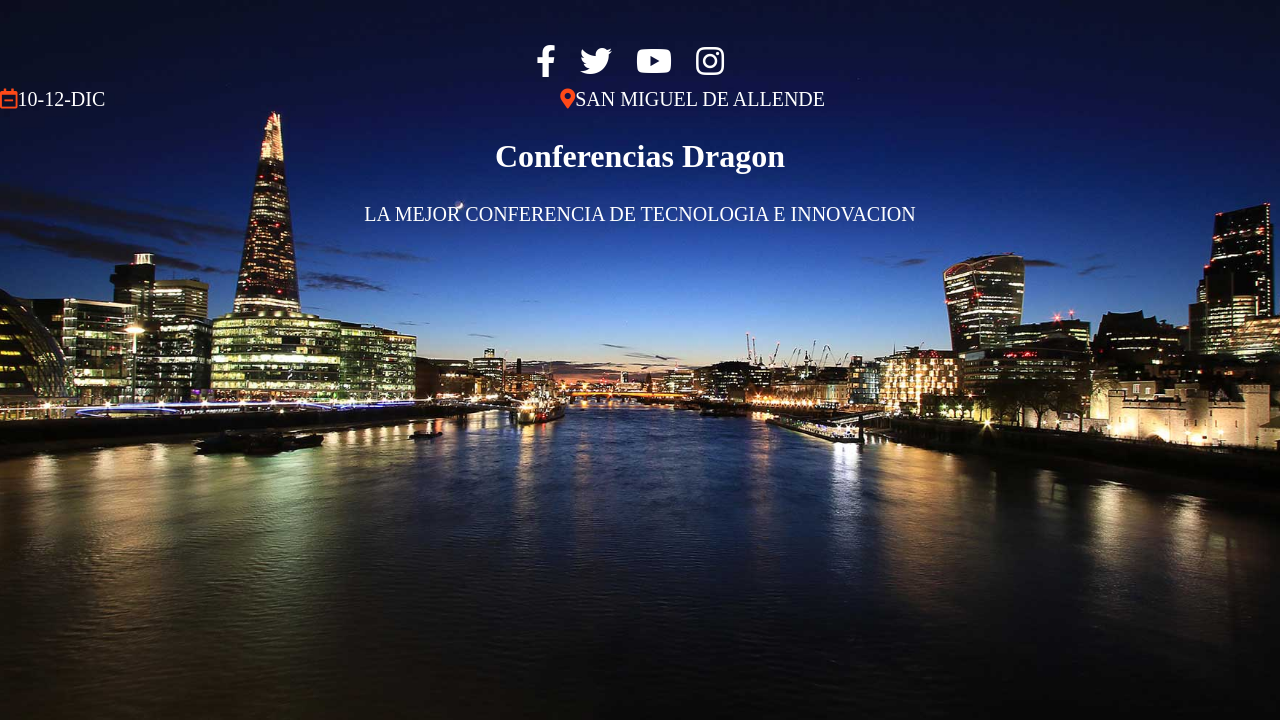
Repository: edgarhdzp/pagina-conferencias-reservaciones
Page: index.html
An editor plug-in stored every save of this project. The page is shown before and after a run of saves, followed by the edit.
The browser window is 1280 px wide. The pictures show the whole page.

Above is the page before, as saved 2020-06-16 20:54:23.

### index.html
<!doctype html>
<html class="no-js" lang="">

<head>
    <meta charset="utf-8">
    <title>CONFERENCIAS</title>
    <meta name="description" content="">
    <meta name="viewport" content="width=device-width, initial-scale=1">

    <meta property="og:title" content="">
    <meta property="og:type" content="">
    <meta property="og:url" content="">
    <meta property="og:image" content="">

    <link rel="manifest" href="site.webmanifest">
    <link rel="apple-touch-icon" href="icon.png">
    <!-- Place favicon.ico in the root directory -->

    <link rel="stylesheet" href="css/normalize.css">
    <link rel="stylesheet" href="css/fontawesome.min.css">
    <link rel="stylesheet" href="css/all.min.css">
    <link rel="stylesheet" href="css/main.css">

    <meta name="theme-color" content="#fafafa">
</head>

<body>


    <header class="site-header">
        <div class="hero">
            <div class="contenido-header">
                <nav class="redes-sociales">
                    <a href="·"><i class="fab fa-facebook-f"></i></a>
                    <a href="·"><i class="fab fa-twitter"></i></a>
                    <a href="·"><i class="fab fa-youtube"></i></a>
                    <a href="·"><i class="fab fa-instagram"></i></a>
                </nav>
                <div class="informacion-evento">
                    <div class="clearfix">
                        <p class="fecha"><i class="far fa-calendar-minus"></i>10-12-Dic</p>
                        <p class="ciudad"><i class="fas fa-map-marker-alt"></i>San Miguel de Allende</p>
                    </div>
                    <h1 class="nombre-sitio">Conferencias Dragon</h1>
                    <p class="slogan">La mejor conferencia de <span>Tecnologia e Innovacion</span></p>
                </div>
            </div>
        </div>
    </header>

    <script src="js/vendor/modernizr-3.11.2.min.js"></script>
    <script src="js/plugins.js"></script>
    <script src="js/main.js"></script>

    <!-- Google Analytics: change UA-XXXXX-Y to be your site's ID. -->
    <script>
        window.ga = function() {
            ga.q.push(arguments)
        };
        ga.q = [];
        ga.l = +new Date;
        ga('create', 'UA-XXXXX-Y', 'auto');
        ga('set', 'anonymizeIp', true);
        ga('set', 'transport', 'beacon');
        ga('send', 'pageview')
    </script>
    <script src="https://www.google-analytics.com/analytics.js" async></script>
</body>

</html>

### css/main.css
/*! HTML5 Boilerplate v8.0.0 | MIT License | https://html5boilerplate.com/ */


/* main.css 2.1.0 | MIT License | https://github.com/h5bp/main.css#readme */


/*
 * What follows is the result of much research on cross-browser styling.
 * Credit left inline and big thanks to Nicolas Gallagher, Jonathan Neal,
 * Kroc Camen, and the H5BP dev community and team.
 */


/* ==========================================================================
   Base styles: opinionated defaults
   ========================================================================== */

html {
    color: #222;
    font-size: 1em;
    line-height: 1.4;
}


/*
 * Remove text-shadow in selection highlight:
 * https://twitter.com/miketaylr/status/12228805301
 *
 * Vendor-prefixed and regular ::selection selectors cannot be combined:
 * https://stackoverflow.com/a/16982510/7133471
 *
 * Customize the background color to match your design.
 */

::-moz-selection {
    background: #b3d4fc;
    text-shadow: none;
}

::selection {
    background: #b3d4fc;
    text-shadow: none;
}


/*
 * A better looking default horizontal rule
 */

hr {
    display: block;
    height: 1px;
    border: 0;
    border-top: 1px solid #ccc;
    margin: 1em 0;
    padding: 0;
}


/*
 * Remove the gap between audio, canvas, iframes,
 * images, videos and the bottom of their containers:
 * https://github.com/h5bp/html5-boilerplate/issues/440
 */

audio,
canvas,
iframe,
img,
svg,
video {
    vertical-align: middle;
}


/*
 * Remove default fieldset styles.
 */

fieldset {
    border: 0;
    margin: 0;
    padding: 0;
}


/*
 * Allow only vertical resizing of textareas.
 */

textarea {
    resize: vertical;
}


/* ==========================================================================
   Author's custom styles
   ========================================================================== */

html {
    box-sizing: border-box;
}

*,
*:before,
*:after {
    box-sizing: inherit;
}

body {
    background-color: #f2f2f2;
}


/*header*/

div.hero {
    background-image: url(../img/encabezado.jpg);
    height: 100vh;
    background-position: top center;
    background-size: cover;
}

div.contenido-header {
    padding-top: 40px;
}

nav.redes-sociales {
    text-align: center;
}

nav.redes-sociales a {
    color: #ffffff;
    font-size: 2em;
    margin-right: 20px;
}

nav.redes-sociales a :last-child {
    margin-right: 0;
}

div.informacion-evento {
    text-align: center;
    color: #fff;
}

div.informacion-evento p {
    margin: 0;
    display: inline;
    font-size: 20px;
    text-transform: uppercase;
}

div.informacion-evento p i {
    color: #fe4918;
}

p.fecha {
    float: left;
}

p.ciudad
/* ==========================================================================
   Helper classes
   ========================================================================== */


/*
 * Hide visually and from screen readers
 */

.hidden,
[hidden] {
    display: none !important;
}


/*
 * Hide only visually, but have it available for screen readers:
 * https://snook.ca/archives/html_and_css/hiding-content-for-accessibility
 *
 * 1. For long content, line feeds are not interpreted as spaces and small width
 *    causes content to wrap 1 word per line:
 *    https://medium.com/@jessebeach/beware-smushed-off-screen-accessible-text-5952a4c2cbfe
 */

.sr-only {
    border: 0;
    clip: rect(0, 0, 0, 0);
    height: 1px;
    margin: -1px;
    overflow: hidden;
    padding: 0;
    position: absolute;
    white-space: nowrap;
    width: 1px;
    /* 1 */
}


/*
 * Extends the .sr-only class to allow the element
 * to be focusable when navigated to via the keyboard:
 * https://www.drupal.org/node/897638
 */

.sr-only.focusable:active,
.sr-only.focusable:focus {
    clip: auto;
    height: auto;
    margin: 0;
    overflow: visible;
    position: static;
    white-space: inherit;
    width: auto;
}


/*
 * Hide visually and from screen readers, but maintain layout
 */

.invisible {
    visibility: hidden;
}


/*
 * Clearfix: contain floats
 *
 * For modern browsers
 * 1. The space content is one way to avoid an Opera bug when the
 *    `contenteditable` attribute is included anywhere else in the document.
 *    Otherwise it causes space to appear at the top and bottom of elements
 *    that receive the `clearfix` class.
 * 2. The use of `table` rather than `block` is only necessary if using
 *    `:before` to contain the top-margins of child elements.
 */

.clearfix::before,
.clearfix::after {
    content: " ";
    display: table;
}

.clearfix::after {
    clear: both;
}


/* ==========================================================================
   EXAMPLE Media Queries for Responsive Design.
   These examples override the primary ('mobile first') styles.
   Modify as content requires.
   ========================================================================== */

@media only screen and (min-width: 35em) {
    /* Style adjustments for viewports that meet the condition */
}

@media print,
(-webkit-min-device-pixel-ratio: 1.25),
(min-resolution: 1.25dppx),
(min-resolution: 120dpi) {
    /* Style adjustments for high resolution devices */
}


/* ==========================================================================
   Print styles.
   Inlined to avoid the additional HTTP request:
   https://www.phpied.com/delay-loading-your-print-css/
   ========================================================================== */

@media print {
    *,
    *::before,
    *::after {
        background: #fff !important;
        color: #000 !important;
        /* Black prints faster */
        box-shadow: none !important;
        text-shadow: none !important;
    }
    a,
    a:visited {
        text-decoration: underline;
    }
    a[href]::after {
        content: " (" attr(href) ")";
    }
    abbr[title]::after {
        content: " (" attr(title) ")";
    }
    /*
   * Don't show links that are fragment identifiers,
   * or use the `javascript:` pseudo protocol
   */
    a[href^="#"]::after,
    a[href^="javascript:"]::after {
        content: "";
    }
    pre {
        white-space: pre-wrap !important;
    }
    pre,
    blockquote {
        border: 1px solid #999;
        page-break-inside: avoid;
    }
    /*
   * Printing Tables:
   * https://web.archive.org/web/20180815150934/http://css-discuss.incutio.com/wiki/Printing_Tables
   */
    thead {
        display: table-header-group;
    }
    tr,
    img {
        page-break-inside: avoid;
    }
    p,
    h2,
    h3 {
        orphans: 3;
        widows: 3;
    }
    h2,
    h3 {
        page-break-after: avoid;
    }
}

### js/plugins.js
// Avoid `console` errors in browsers that lack a console.
(function() {
  var method;
  var noop = function () {};
  var methods = [
    'assert', 'clear', 'count', 'debug', 'dir', 'dirxml', 'error',
    'exception', 'group', 'groupCollapsed', 'groupEnd', 'info', 'log',
    'markTimeline', 'profile', 'profileEnd', 'table', 'time', 'timeEnd',
    'timeline', 'timelineEnd', 'timeStamp', 'trace', 'warn'
  ];
  var length = methods.length;
  var console = (window.console = window.console || {});

  while (length--) {
    method = methods[length];

    // Only stub undefined methods.
    if (!console[method]) {
      console[method] = noop;
    }
  }
}());

// Place any jQuery/helper plugins in here.

Loaded but not shown: css/normalize.css (library); css/fontawesome.min.css (library); css/all.min.css (library); js/vendor/modernizr-3.11.2.min.js (library); js/main.js (no stored copy; drawn as an empty file)

After the next 2 saves:
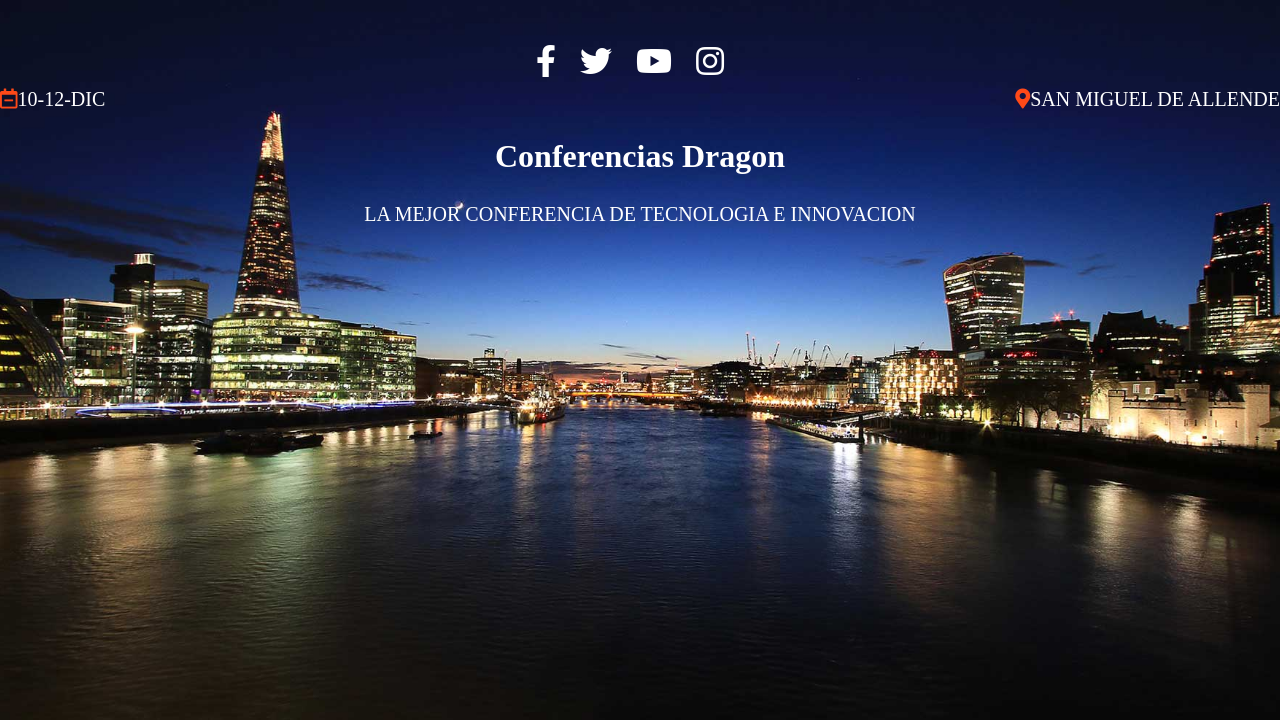
The 2 saves are shown as one change because they came seconds apart.
The last was saved 9 s later.
--- a/css/main.css
+++ b/css/main.css
@@ -159,7 +159,11 @@
     float: left;
 }
 
-p.ciudad
+p.ciudad {
+    float: right;
+}
+
+
 /* ==========================================================================
    Helper classes
    ========================================================================== */
